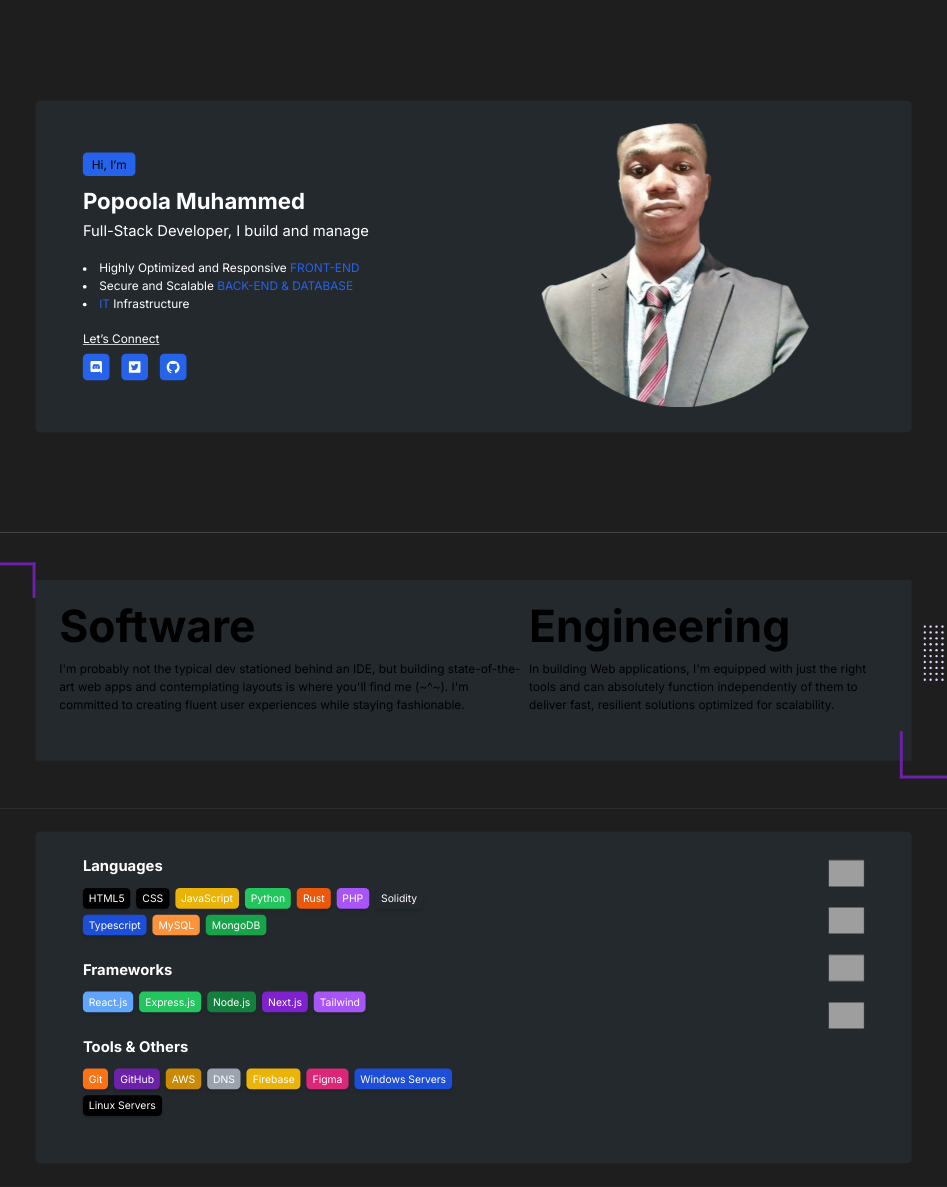
Repository: muhammedctgr/hammedctgr
Page: /
The author's editor kept a copy of each file at every save. The page is drawn from the files as they stood at one save, then again after a run of saves.
The browser window is 1280 px wide. The pictures show the whole page, at 74% of full size.
Pictures or frames that could not be fetched are drawn as grey boxes. The project was rebuilt for these pictures with package versions that can differ from the ones it lists, and the page was loaded fresh each time. The framework's server and built-in components were replaced by stand-ins that run in the browser. Also part of the build but not shown: next.config.mjs.

Above is the page before, as saved 2024-08-04 22:49:25.

After the next 2 saves:
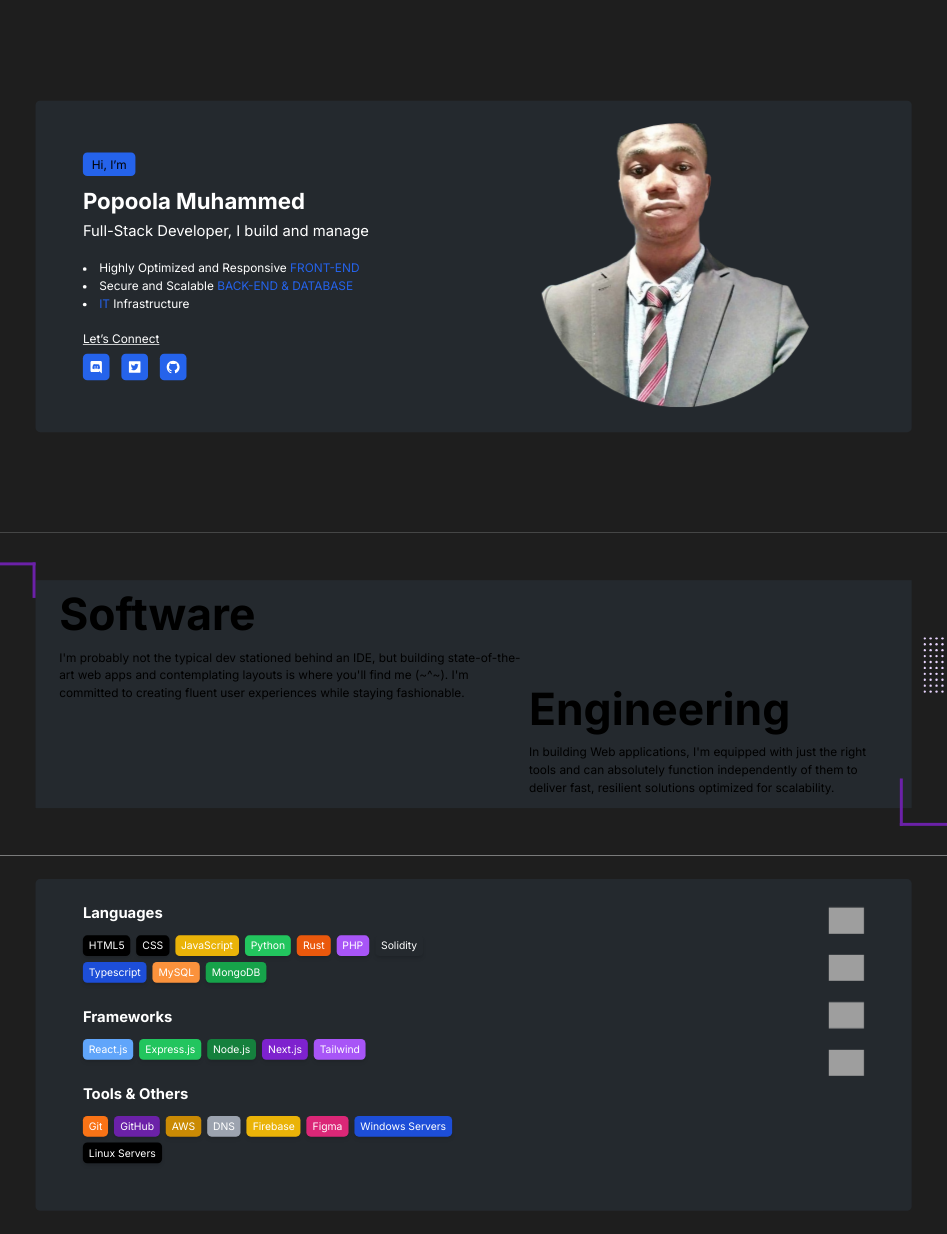
The 2 saves are shown as one change because they came seconds apart.
The last was saved 5 s later.
--- a/components/SummarySection.tsx
+++ b/components/SummarySection.tsx
@@ -3,7 +3,7 @@ import { FC } from 'react';
 const SummarySection: FC = () => {
   return (
 <section className="px-4 py-16 md:px-8 lg:px-12 bg-gptGray relative overflow-hidden">
-  <div className="container bg-githubGray mx-auto flex flex-col md:flex-row justify-between items-start md:px-8 p-4 md:p-8">
+  <div className="container bg-githubGray mx-auto flex flex-col md:flex-row justify-between items-start md:px-8 p-4 ">
     <div className=" mb-8 md:mb-8">
       <div className="mb-4">
         <span className="text-4xl md:text-6xl font-bold">Software</span>
@@ -12,7 +12,7 @@ const SummarySection: FC = () => {
         I'm probably not the typical dev stationed behind an IDE, but building state-of-the-art web apps and contemplating layouts is where you'll find me (~^~). I'm committed to creating fluent user experiences while staying fashionable.
       </p>
     </div>
-    <div className=" md:mt-">
+    <div className=" md:mt-32">
       <div className="mb-4">
         <span className="text-4xl md:text-6xl font-bold">Engineering</span>
       </div>
